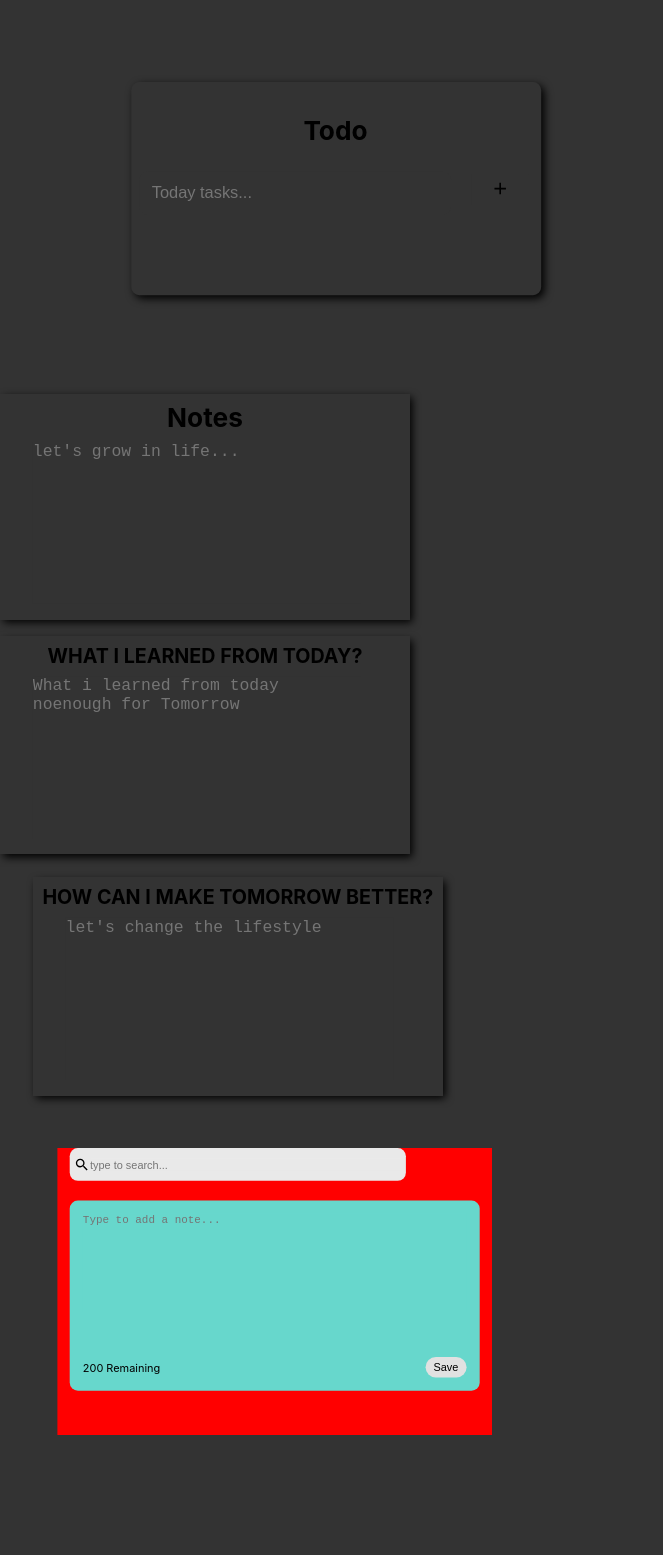
Repository: subhamRsahoo/note
Page: /
These files come from the project's save history. The page is drawn as it stood at one moment and after the next save; the edit follows.
The browser window is 768 px wide. The page is 808 px wide, so the pictures cover 808 px, including what lies to the right of the window. The pictures show the whole page, at 82% of full size.
The project was rebuilt for these pictures with package versions that can differ from the ones it lists, and the page was loaded fresh each time. Also part of the build but not shown: src/components/New folder/components/Note.js.

Above is the page before, as saved 2021-07-15 18:53:31.

### public/index.html
<!DOCTYPE html>
<html lang="en">
  <head>
    <meta charset="utf-8" />
    <link rel="icon" href="%PUBLIC_URL%/favicon.ico" />
    <meta name="viewport" content="width=device-width, initial-scale=1" />
    <meta name="theme-color" content="#000000" />
    <meta
      name="description"
      content="Web site created using create-react-app"
    />
    <link rel="apple-touch-icon" href="%PUBLIC_URL%/logo192.png" />
    <link rel="manifest" href="%PUBLIC_URL%/manifest.json" />


    <!-- <link rel="stylesheet" href="https://cdnjs.cloudflare.com/ajax/libs/font-awesome/5.15.3/css/font-awesome.min.css"/> -->

    <!-- <link rel="stylesheet" href="https://bootswatch.com/4/materia/bootstrap.com"/> -->

    <title>React App</title>
  </head>
  <body>
    <noscript>You need to enable JavaScript to run this app.</noscript>
    <div id="root"></div>
  </body>
</html>

### src/App.js
import React from 'react'
import Hub from './components/Hub';
import Hub1 from './components/aaaa/Hub1';
import A from './components/New folder/A';

function App() {
    return (
        <div>
            <Hub/>
            <Hub1/>
            <A/>
        </div>
    )
}

export default App

### src/components/Hub.js
import React , {useState , useEffect}from "react";
import Header from "./Header";
import Form from "./Form";
import TodoList from "./TodoList";
import './App.css';


const Hub = () => {
  const initalState = JSON.parse(localStorage.getItem("todos")) || [];
  const [input ,setInput] = useState("");
  const [todos ,setTodos] = useState(initalState);
  const [editTodo , setEditTodo] = useState(null);

  useEffect(() => {
    localStorage.setItem("todos" , JSON.stringify(todos))
  }, [todos]);
  return (
    <div className="container">
      <div className="app-wrapper">
        <div>
          <Header/>
        </div>
        <div>
          <Form
          input={input}
          setInput={setInput}
          todos={todos}
          setTodos={setTodos}
          editTodo={editTodo}
          setEditTodo={setEditTodo}
          />
        </div>
        <div>
          <TodoList todos={todos} setTodos={setTodos} setEditTodo={setEditTodo}/>
        </div>
      </div>
    </div>

  );
}

export default Hub;

### src/components/aaaa/Hub1.js
import React, { Component } from 'react';
import FormDataComponent from './components/form-data.component';
class  Hub1 extends Component {
  render() {
    return (
      <div >
        <FormDataComponent />
      </div>
    );
  }
}

export default Hub1;

### src/components/New folder/A.js
import React from 'react';
import './index.css';
import App from './App';


function A() {
    return (
        <div>
            <App />
        </div>
    )
}

export default A

### src/components/Header.js
import React from 'react'

function Header() {
    return (
        <div className="header">
            <h1>Todo</h1>
        </div>
    )
}

export default Header

### src/components/Form.js
import React , {useEffect} from 'react'
import {v4 as uuidv4} from "uuid";
import AddIcon from '@material-ui/icons/Add';

 const Form =({input , setInput , todos , setTodos , editTodo , setEditTodo }) => {
     const updateTodo = (title , id, completed) =>
     {
         const newTodo = todos.map((todo)=>

             todo.id === id ? {title,id, completed} : todo
         )
         setTodos(newTodo);
         setEditTodo("");
     }
     useEffect(() =>
     {
         if(editTodo)
         {
             setInput(editTodo.title);
         }else{
             setInput("")
         }
     }, [setInput , editTodo]);

     const onInputChange= (event) =>
     {
       setInput(event.target.value);
     };

     const onFormSubmit = (event) =>
     {
        event.preventDefault();
        if(!editTodo){
            setTodos([...todos , {id:uuidv4(), title: input , completed: false}]);
            setInput("");
        }else{
            updateTodo(input , editTodo.id , editTodo.completed)
        }
     }
    return (
       <form onSubmit={onFormSubmit}>
           <input type="text" placeholder="Today tasks... " className="task-input"
           value={input} required onChange={onInputChange} limit={3}/>
           <button type="submit" className="Add">
            <AddIcon/>
           </button>
       </form>
    )
}

export default Form

### src/components/TodoList.js
import React from 'react'
import DoneIcon from '@material-ui/icons/Done';
import EditIcon from '@material-ui/icons/Edit';
import DeleteIcon from '@material-ui/icons/Delete';

const TodoList = ({todos , setTodos , setEditTodo}) => {

    const handleDelete = ({id}) =>
    {
        setTodos(todos.filter((todo) => todo.id !== id));
    }

    const handleComplete = (todo) =>
    {
        setTodos(
            todos.map((item) => {
                if(item.id === todo.id){
                    return {...item , completed: !item.completed};
                }
                return item
            })
        )
    }

    const handleEdit =({id}) =>{
        const findTodo = todos.find((todo) => todo.id === id);
        setEditTodo(findTodo);
    };
    return (
        <div>
           {todos.map((todo) => (
               <li className="list-item"  key={todo.id}>
                   <input type="text"
                     value={todo.title}
                     className={`list ${todo.completed ? "complete" : "" }`}
                     onChange={(event)=> event.preventDefault()}
                   />
                   <div>
                       <button className="button-complete task-button" onClick={() => handleComplete(todo)}>
                          <i><DoneIcon/></i>
                       </button>
                       <button className="button-edit task-button" onClick={()=> handleEdit(todo)}>
                          <i><EditIcon/></i>
                       </button>
                       <button className="button-delete task-button"  onClick={()=> handleDelete(todo)}>
                          <i><DeleteIcon/></i>
                       </button>
                   </div>
               </li>
           ))}
        </div>
    );
}

export default TodoList;

### src/components/App.css
::-webkit-scrollbar {
  width: 9px;
}
::-webkit-scrollbar-thumb {
  background-color: #a8a8a8;
}
::-webkit-scrollbar-thumb:hover {
  background: #828282;
}
::-webkit-scrollbar-track {
  background: #cccccc;
}

body {
  font-family: -apple-system, BlinkMacSystemFont, 'Segoe UI', 'Roboto', 'Oxygen',
    'Ubuntu', 'Cantarell', 'Fira Sans', 'Droid Sans', 'Helvetica Neue',
    sans-serif;
  -webkit-font-smoothing: antialiased;
  -moz-osx-font-smoothing: grayscale;
  background: #333;
}

code {
  font-family: source-code-pro, Menlo, Monaco, Consolas, 'Courier New',
    monospace;
}


*
{
  margin: 0;
  padding: 0;
}

.container
{
  margin-top: 10px;
  width: 100%;
  min-height: 55vh;
  display: grid;
  justify-content: left;
  /* margin-left: 40px; */
  right: 500px;
  align-items: center;
  position: relative;
  box-sizing: border-box;
  left: 40px;
}

.app-wrapper
{
  background-color: #333;
  width: 500px;
  min-height: 350px;
  padding: 10px;
  box-sizing: border-box;
  border-radius: 10px;
  box-shadow: 4px 4px 10px #000;
  /* margin-bottom: 150px; */

}

.header h1
{
  color: black;
  text-align: left;
  margin: 30px 0;
  margin-left: 200px;
}

.task-input
{
  outline: none;
  width: 350px;
  padding: 15px;
  margin-right: 25px;
  font-size: 20px;
  color: white;
  background-color: #333;
  border: none;
  border-radius: 10px;
}

.task-input:hover
{
  box-shadow: 6px 4px 10px #000;
}

.Add
{
  width: 70px;
  padding: 5px 5px;
  border: 0;
  cursor: pointer;
  border-style: transparent;
  background-color: #333;
}

.Add:hover
{
  border-radius: 10px;
  box-shadow: 6px 4px 10px #000;
}

.list-item
{
  display: flex;
  margin: 20px 0;
  border: none;
  border-radius: 10px;
  padding: 7px;
  max-height: 20px;
}

.list-item:hover
{
  box-shadow: 6px 4px 10px #000;
}

.button-complete,
.button-delete,
.button-edit
{
  border: none;
  outline: none;
  cursor: pointer;
  background-color: transparent;
  font-size: 20px;
  border-radius: 50%;
}

.button-complete
{
  color: #ff6c6c;
  margin-right: 10px;
  margin-left: 70px;
}

.button-edit
{
  color: #e2d029;
  margin-right: 10px;
}

.button-delete
{
  color: lightseagreen;
}

.complete
{
  text-decoration-style: solid;
  text-decoration-line: line-through;
  text-decoration-color: #ff6c6c;
  opacity: 0.6;
}

.list
{
  width: 250px;
  background-color: #333;
  border: none;
  color: wheat;
  font-size: 20px;
  padding-left: 10px;
  margin-right: 15px;
}

input:focus,
button:focus
{
  outline: none;
}

@media screen and (max-width:768px)
{
  .container
  {
    margin-right: 200px;
  }
  .app-wrapper
  {

    min-width: 400px;
    min-height: 260px;
  }
}

@media screen and (max-width:540px)
{
  .container
  {
    /* align-items: center; */
    left: 140px;
  }
}

@media screen and (max-width: 1020px)
{
  .app-wrapper
  {
    /* align-items: center; */
    /* min-width: 200px;
    min-height: 260px;
    margin-top: 15px; */
    margin-left: 120px;
  }
}

### src/components/aaaa/components/form-data.component.js
import React, { Component } from 'react';
import './design.css';
export default class FormDataComponent extends Component {
    userData;

    constructor(props) {
        super(props);

        this.onChangeName = this.onChangeName.bind(this);
        this.onChangeName1 = this.onChangeName1.bind(this);
        this.onChangeName2 = this.onChangeName2.bind(this);
        this.onSubmit = this.onSubmit.bind(this);

        this.state = {
            name: '',
            name1: '',
            name2: ''
        }
    }

    // Form Values
    onChangeName(e) {
        this.setState({ name: e.target.value })
    }

    onChangeName1(e) {
        this.setState({ name1: e.target.value })
    }

    onChangeName2(e) {
        this.setState({ name2: e.target.value })
    }


    // React Life Cycle
    componentDidMount() {
        this.userData = JSON.parse(localStorage.getItem('user'));

        if (localStorage.getItem('user')) {
            this.setState({
                name: this.userData.name,
                name1: this.userData.name1,
                name2: this.userData.name2
            })
        } else {
            this.setState({
                name: '',
                name1: '',
                name2: ''
            })
        }
    }

    componentWillUpdate(nextProps, nextState) {
        localStorage.setItem('user', JSON.stringify(nextState));
    }

    onSubmit(e) {
        e.preventDefault()
        console.log(this.state.props)
    }


    render() {
        return (

                <form className="form" onSubmit={this.onSubmit}>
                    <div className="contain">
                        <h1>Notes</h1>
                        <textarea type="text" placeholder="let's grow in life..." className="text1" value={this.state.name} onChange={this.onChangeName} />
                        {/* <button type="submit" className="btn1">Save</button> */}
                    </div>


                    <div className="contain1">
                        <h2>WHAT I LEARNED FROM TODAY?</h2>
                        <textarea type="text" placeholder="What i learned from today noenough for Tomorrow" className="text2" value={this.state.name1} onChange={this.onChangeName1} />
                        {/* <button type="submit" className="btn2">Save</button> */}
                    </div>

                    <div className="contain2">
                        <h2>HOW CAN I MAKE TOMORROW BETTER?</h2>
                        <textarea type="text" placeholder="let's change the lifestyle" className="text3" value={this.state.name2} onChange={this.onChangeName2} />
                        {/* <button type="submit" className="btn3">Save</button> */}
                    </div>
                </form>

        )
    }
}

### src/components/New folder/index.css
body {
	margin: 0;
	font-family: -apple-system, BlinkMacSystemFont, 'Segoe UI',
		'Roboto', 'Oxygen', 'Ubuntu', 'Cantarell', 'Fira Sans',
		'Droid Sans', 'Helvetica Neue', sans-serif;
	-webkit-font-smoothing: antialiased;
	-moz-osx-font-smoothing: grayscale;
}

code {
	font-family: source-code-pro, Menlo, Monaco, Consolas,
		'Courier New', monospace;
}

.header {
	display: flex;
	align-items: center;
	justify-content: space-between;
}


.container1 {
	display: grid;
	width: 850px;
	position: absolute;
	left: 600px;
	bottom: 340px;
	padding-right: 15px;
	padding-left: 15px;
	height: 350px;
}

.notes-list {
	display: grid;
	grid-gap: 1rem;
	grid-template-columns: repeat(
		auto-fill,
		minmax(250px, 1fr)
	);
}

.note.new {
	background-color: #67d7cc;
	height: 200px;
	margin-bottom: 200px;
}

.note.new:hover
{
	box-shadow: 4px 4px 10px #000;
}

textarea {
	border: none;
	resize: none;
	background-color: #67d7cc;
}

textarea:focus {
	outline: none;
}

.save {
	background-color: #e1e1e1;
	border: none;
	border-radius: 15px;
	padding: 5px 10px 5px 10px;
}

.save:hover {
	background-color: #ededed;
	cursor: pointer;
}

.note {
	background-color: #fef68a;
	border-radius: 10px;
	padding: 1rem;
	height: 200px;
	display: flex;
	flex-direction: column;
	justify-content: space-between;
	white-space: pre-wrap;
}

.note:hover
{
	box-shadow: 4px 4px 10px aqua;
}

.note-footer {
	display: flex;
	align-items: center;
	justify-content: space-between;
}

.delete-icon {
	cursor: pointer;
}

.search {
	display: flex;
	align-items: center;
	background-color: rgb(233, 233, 233);
	width: 850px;
	height: 30px;
	border-radius: 10px;
	padding: 5px;
	margin-bottom: 1.5em;
}

.search:hover
{
	box-shadow: 4px 4px 10px #000;
}

.search input {
	border: none;
	background-color: rgb(233, 233, 233);
	width: 100%;
}

.search input:focus {
	outline: none;
}

@media screen and (max-width:768px)
{
	.container1
	{
		align-items: center;
		position: relative;
		top: 700px;
		width: 500px;
		left: 70px;
		background-color: red;
	}

	.search
	{
		width: 400px;
	}
}

@media screen and (max-width:540px)
{
  .container
  {
    /* align-items: center; */
    left: 140px;
  }
}

@media screen and (max-width: 1020px)
{
  .app-wrapper
  {
    /* align-items: center; */
    /* min-width: 200px;
    min-height: 260px;
    margin-top: 15px; */
    margin-left: 120px;
  }
}

### src/components/New folder/App.js
import { useState, useEffect } from 'react';
import { nanoid } from 'nanoid';
import NotesList from './components/NotesList';
import Search from './components/Search';

const App = () => {
	const [notes, setNotes] = useState([
		// {
		// 	id: nanoid(),
		// 	text: 'This is my first note!',
		// 	date: '15/04/2021',
		// },
		// {
		// 	id: nanoid(),
		// 	text: 'This is my second note!',
		// 	date: '21/04/2021',
		// },
		// {
		// 	id: nanoid(),
		// 	text: 'This is my third note!',
		// 	date: '28/04/2021',
		// },
		// {
		// 	id: nanoid(),
		// 	text: 'This is my new note!',
		// 	date: '30/04/2021',
		// },
	]);

	const [searchText, setSearchText] = useState('');

	useEffect(() => {
		const savedNotes = JSON.parse(
			localStorage.getItem('react-notes-app-data')
		);

		if (savedNotes) {
			setNotes(savedNotes);
		}
	}, []);

	useEffect(() => {
		localStorage.setItem(
			'react-notes-app-data',
			JSON.stringify(notes)
		);
	}, [notes]);

	const addNote = (text) => {
		const date = new Date();
		const newNote = {
			id: nanoid(),
			text: text,
			date: date.toLocaleDateString(),
		};
		const newNotes = [...notes, newNote];
		setNotes(newNotes);
	};

	const deleteNote = (id) => {
		const newNotes = notes.filter((note) => note.id !== id);
		setNotes(newNotes);
	};

	return (
		<div >
			<div className='container1'>
				<Search handleSearchNote={setSearchText} />
				<NotesList
					notes={notes.filter((note) =>
						note.text.toLowerCase().includes(searchText)
					)}
					handleAddNote={addNote}
					handleDeleteNote={deleteNote}
				/>
			</div>
		</div>
	);
};

export default App;

### src/components/aaaa/components/design.css
.form
{
    width: 100%;
    height: 250px;
    display: grid;
    margin: 0;
    padding: 0;
}


.contain
{
    display: grid;
    width: 500px;
    left: 40px;
    top: 30px;
    bottom: 10px;
    box-shadow: 4px 4px 10px #000;
    position: relative;
    box-sizing: border-box;

}

.text1
{
    margin-top: 10px;
   width: 400px;
   height: 197px;
   margin-left: 40px;
   background-color: #333;
   border-style: none;
   color: white;
   border-style: none;
   font-size: 20px;
   margin-bottom: 20px;
}

.text1:hover
{
    box-shadow: 4px 4px 10px #000;
}

.contain h1
{
    margin-top: 10px;
   text-align: center;
}

/* .btn1
{
    background-color: #333;
    margin-left: 70px;
    text-decoration-color: white;
    border-style: none;
    color: white;
    cursor: pointer;
    margin-bottom: 10px;
    padding: 8px 8px;
    border-radius: 10px;
}

.btn1:hover
{
    box-shadow: 4px 4px 10px #000;
    padding: 8px 8px;
} */


.contain1
{
    width: 500px;
    top: 50px;
    left: 40px;
    box-shadow: 4px 4px 10px #000;
    position: relative;
    box-sizing: content-box;
    display: grid;
}

.text2
{
    margin-top: 10px;
    width: 400px;
    height: 197px;
    margin-left: 40px;
    background-color: #333;
    border-style: none;
    color: white;
    border-style: none;
    font-size: 20px;
    margin-bottom: 20px;
}

.text2:hover
{
    box-shadow: 4px 4px 10px #000;
}


.contain1 h2
{
    margin-top: 10px;
   text-align: center;
}

/* .btn2
{
    background-color: #333;
    margin-left: 70px;
    text-decoration-color: white;
    border-style: none;
    color: white;
    cursor: pointer;
    margin-bottom: 10px;
    padding: 8px 8px;
    border-radius: 10px;
}

.btn2:hover
{
    box-shadow: 4px 4px 10px #000;
    padding: 8px 8px;
} */

.contain2
{
   width: 500px;
    margin-top: 620px;
    margin-left: 40px;
    /* bottom: 630px; */
    box-shadow: 4px 4px 10px #000;
    position: absolute;
    box-sizing:border-box;
    display: grid;
}

.text3
{
    margin-top: 10px;
    width: 400px;
    height: 197px;
    margin-left: 40px;
    background-color: #333;
    border-style: none;
    color: white;
    border-style: none;
    font-size: 20px;
    margin-bottom: 20px;
}

.text3:hover
{
    box-shadow: 4px 4px 10px #000;
}


.contain2 h2
{
    margin-top: 10px;
   text-align: center;
}

/* .btn3
{
    background-color: #333;
    margin-left: 70px;
    text-decoration-color: white;
    border-style: none;
    color: white;
    cursor: pointer;
    margin-bottom: 10px;
    padding: 8px 8px;
    border-radius: 10px;
}

.btn3:hover
{
    box-shadow: 4px 4px 10px #000;
    padding: 8px 8px;
} */

@media screen and (max-width:768px)
{
    .contain
    {
        left: 80px;
        align-items: center;
    }
    .contain1
    {
        left: 80px;
        align-items: center;
    }
    .contain2
    {
        left: 80px;
        align-items: center;
    }
}

@media screen and (max-width: 540px)
{
    .contain
    {
        left: 0;
        align-items: center;
    }
    .contain1
    {
        left: 0px;
        align-items: center;
    }
    .contain2
    {
        left: 0px;
        align-items: center;
    }
}

@media screen and (max-width: 1020px)
{
    .contain
    {
        left: 0;
        align-items: center;
    }
    .contain1
    {
        left: 0px;
        align-items: center;
    }
    .contain2
    {
        left: 0px;
        align-items: center;
    }
}

### src/components/New folder/components/AddNote.js
import { useState } from 'react';

const AddNote = ({ handleAddNote }) => {
	const [noteText, setNoteText] = useState('');
	const characterLimit = 200;

	const handleChange = (event) => {
		if (characterLimit - event.target.value.length >= 0) {
			setNoteText(event.target.value);
		}
	};

	const handleSaveClick = () => {
		if (noteText.trim().length > 0) {
			handleAddNote(noteText);
			setNoteText('');
		}
	};

	return (
		<div className='note new'>
			<textarea
				rows='8'
				cols='10'
				placeholder='Type to add a note...'
				value={noteText}
				onChange={handleChange}
			></textarea>
			<div className='note-footer'>
				<small>
					{characterLimit - noteText.length} Remaining
				</small>
				<button className='save' onClick={handleSaveClick}>
					Save
				</button>
			</div>
		</div>
	);
};

export default AddNote;

Loaded but not shown: src/index.js (common file); src/components/New folder/components/NotesList.js (common file); src/components/New folder/components/Search.js (common file)

After the next save:
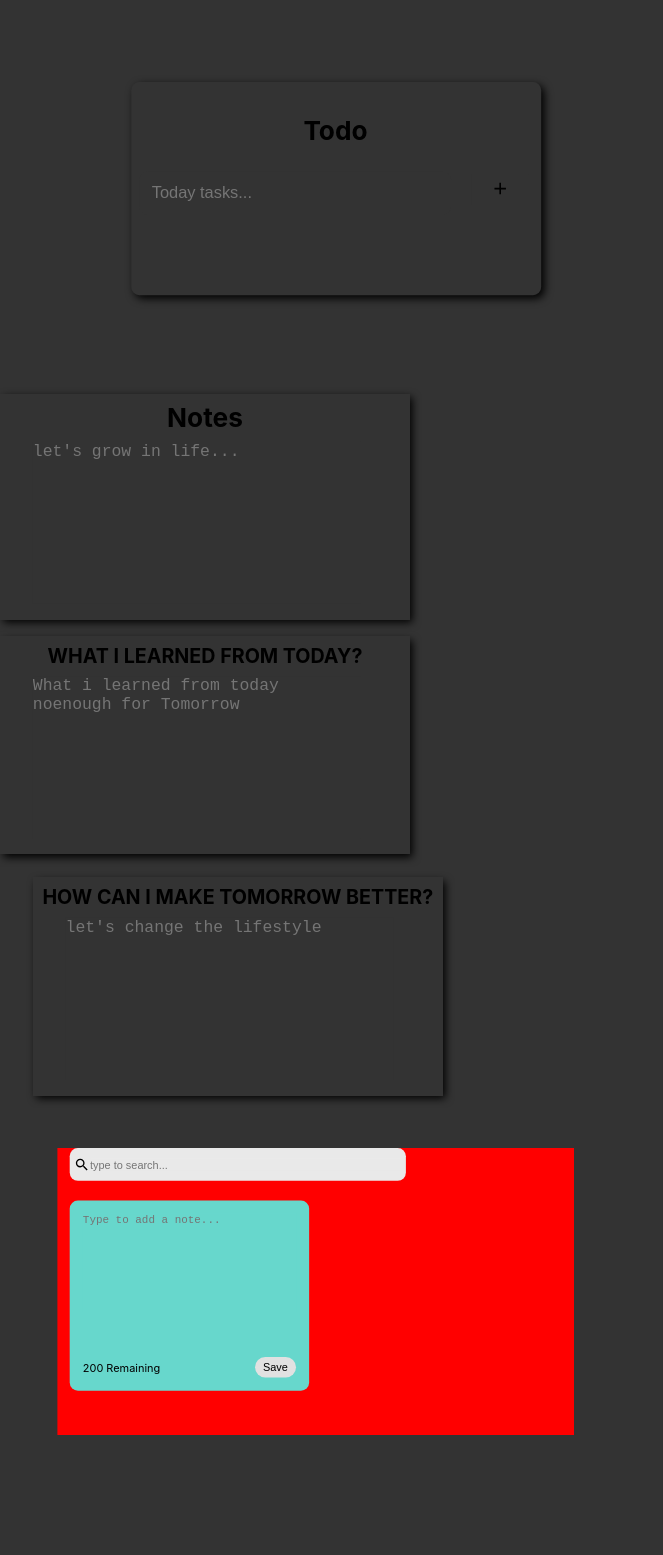
Saved 9 s later.
--- a/src/components/New folder/index.css
+++ b/src/components/New folder/index.css
@@ -131,7 +131,7 @@ textarea:focus {
 		align-items: center;
 		position: relative;
 		top: 700px;
-		width: 500px;
+		width: 600px;
 		left: 70px;
 		background-color: red;
 	}
